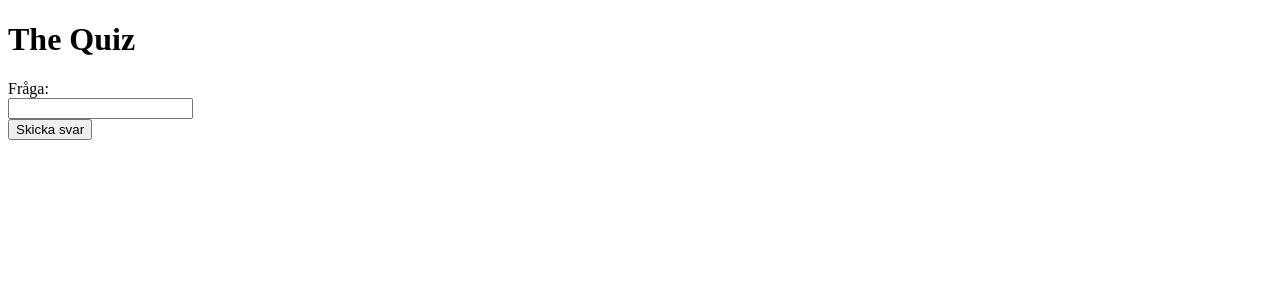
Repository: LindaOtt/1dv403-lo222hd-laborationer
Page: 4-thequiz/index.html
The author's editor kept a record of every edit. The page is drawn from the files as they stood at one moment, then again after the next edit.
The browser window is 1280 px wide. The pictures show the whole page.

Above is the page before.

After the next edit:
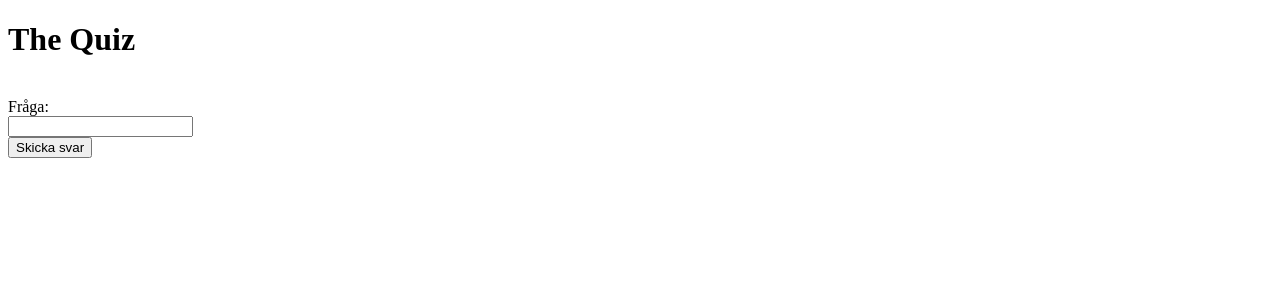
The edit:
--- a/4-thequiz/index.html
+++ b/4-thequiz/index.html
@@ -8,8 +8,8 @@
     </head>
     <body>
         <h1>The Quiz</h1>
-            <div id="question"></div>
-            <form method="post">
+            <div id="question"></div><br>
+            <form id="form" onsubmit="return false;">
                 <label id="lableanswer" for="answer">Fråga:</label>
                 <input id="answer" name="answer" type="text">
 
